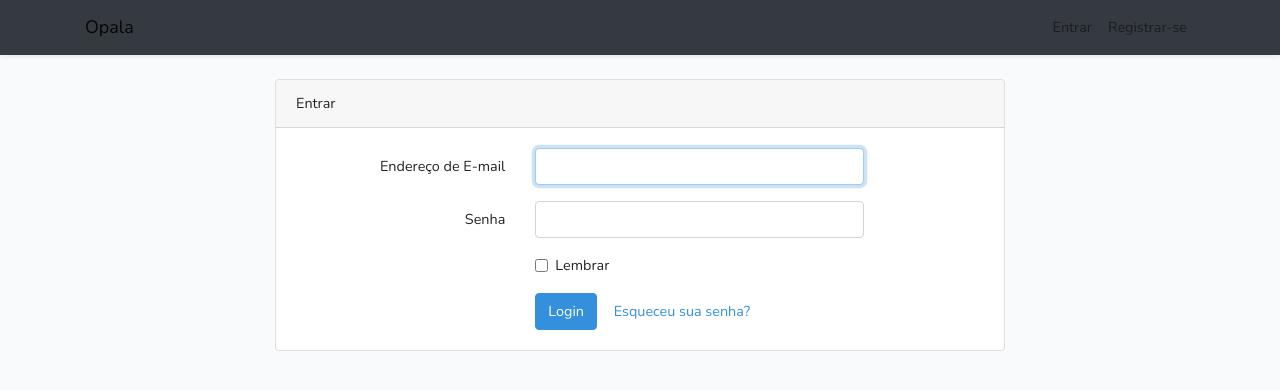
Repository: souzalu/Opala
Page: http://localhost/login
These files come from the project's save history. The page is drawn as it stood at one moment and after the next save; the edit follows.
The browser window is 1280 px wide. The pictures show the whole page.
The page is served by the project's Laravel application, run on PHP 8.4 with Laravel 8. Other server files are loaded and not shown.

Above is the page before, as saved 2020-09-18 21:22:22.

### routes/web.php
<?php

use Illuminate\Support\Facades\Route;
use Illuminate\Support\Facades\Auth;

/*
|--------------------------------------------------------------------------
| Web Routes
|--------------------------------------------------------------------------
|
| Here is where you can register web routes for your application. These
| routes are loaded by the RouteServiceProvider within a group which
| contains the "web" middleware group. Now create something great!
    Route::get('/', function () {
        return view('welcome');
    });
|
*/

// rotas dos produtos
Route::get('admin/produtos/create', 'ProdutoController@create')->name('create');
Route::get('admin/produtos/createCategorias', 'ProdutoController@createCategorias')->name('categorias');
Route::get('/admin/produtos/show', 'ProdutoController@index')->name('index'); //mostra todos os produtos cadastrados
Route::get('/storage/Cimagem/{imagem}', 'ProdutoController@image');
Route::get('/admin/produtos/edit/{id}', 'ProdutoController@edit')->name('edit');
Route::get('/admin/produtos/{id}','ProdutoController@show');
Route::delete('/admin/produtos/{id}', 'ProdutoController@destroy')->name('produtos_destroy');
Route::post('/produto/store','ProdutoController@store')->name('store');//salva os produtos no banco
Route::post('/createCategorias','ProdutoController@storeCategorias')->name('storeCategorias');//salva os produtos no banco
Route::put('/admin/produtos/edit/{id}', 'ProdutoController@update');
Route::get('/admin/index', 'UserController@empresa')->name('empresa');
Route::get('/admin/usershow', 'UserController@show')->name('usershow');




//rotas do site
Route::get('/cadastro', 'UserController@cadastro')->name('cadastro');
Route::get('/pagamento', 'CarrinhoController@pagamento')->name('pagamento');
Route::get('/produto', 'ProdutoController@produto')->name('produto');
Route::get('/produtodetalhe', 'ProdutoController@produtodetalhe')->name('produto_detalhe');




Auth::routes();

Route::get('/home', 'HomeController@index')->name('home');

### app/Http/Controllers/Auth/LoginController.php
<?php

namespace App\Http\Controllers\Auth;

use App\Http\Controllers\Controller;
use App\Providers\RouteServiceProvider;
use Illuminate\Foundation\Auth\AuthenticatesUsers;
use Illuminate\Support\Facades\Auth;
use App\Role;
use App\User;
use Illuminate\Http\Request;
class LoginController extends Controller
{
    /*
    |--------------------------------------------------------------------------
    | Login Controller
    |--------------------------------------------------------------------------
    |
    | This controller handles authenticating users for the application and
    | redirecting them to your home screen. The controller uses a trait
    | to conveniently provide its functionality to your applications.
    |
    */

    use AuthenticatesUsers;

    /**
     * Where to redirect users after login.
     *
     * @var string
     */
    public function redirectTo()
    {
        $user=User::find(Auth::user()->id);
        if($user->hasRole('admin')){
           return '/admin/index';
        }else{
            return '/home';
        }
    }

    public function loggedOut(Request $request)
    {
        return redirect('/home');
    }



    /**
     * Create a new controller instance.
     *
     * @return void
     */
    public function __construct()
    {
        $this->middleware('guest')->except('logout');
    }
}

### resources/views/auth/login.blade.php
@extends('layouts.app')

@section('content')
<div class="container">
    <div class="row justify-content-center">
        <div class="col-md-8">
            <div class="card">
                <div class="card-header">{{ __('Entrar') }}</div>

                <div class="card-body">
                    <form method="POST" action="{{ route('login') }}">
                        @csrf

                        <div class="form-group row">
                            <label for="email" class="col-md-4 col-form-label text-md-right">{{ __('Endereço de E-mail') }}</label>

                            <div class="col-md-6">
                                <input id="email" type="email" class="form-control @error('email') is-invalid @enderror" name="email" value="{{ old('email') }}" required autocomplete="email" autofocus>

                                @error('email')
                                    <span class="invalid-feedback" role="alert">
                                        <strong>{{ $message }}</strong>
                                    </span>
                                @enderror
                            </div>
                        </div>

                        <div class="form-group row">
                            <label for="password" class="col-md-4 col-form-label text-md-right">{{ __('Senha') }}</label>

                            <div class="col-md-6">
                                <input id="password" type="password" class="form-control @error('password') is-invalid @enderror" name="password" required autocomplete="current-password">

                                @error('password')
                                    <span class="invalid-feedback" role="alert">
                                        <strong>{{ $message }}</strong>
                                    </span>
                                @enderror
                            </div>
                        </div>

                        <div class="form-group row">
                            <div class="col-md-6 offset-md-4">
                                <div class="form-check">
                                    <input class="form-check-input" type="checkbox" name="remember" id="remember" {{ old('remember') ? 'checked' : '' }}>

                                    <label class="form-check-label" for="remember">
                                        {{ __('Lembrar') }}
                                    </label>
                                </div>
                            </div>
                        </div>

                        <div class="form-group row mb-0">
                            <div class="col-md-8 offset-md-4">
                                <button type="submit" class="btn btn-primary">
                                    {{ __('Login') }}
                                </button>

                                @if (Route::has('password.request'))
                                    <a class="btn btn-link" href="{{ route('password.request') }}">
                                        {{ __('Esqueceu sua senha?') }}
                                    </a>
                                @endif
                            </div>
                        </div>
                    </form>
                </div>
            </div>
        </div>
    </div>
</div>
@endsection

### resources/views/layouts/app.blade.php
<!doctype html>
<html lang="{{ str_replace('_', '-', app()->getLocale()) }}">
<head>
    <meta charset="utf-8">
    <meta name="viewport" content="width=device-width, initial-scale=1">

    <!-- CSRF Token -->
    <meta name="csrf-token" content="{{ csrf_token() }}">

    <title>Opala</title>

    <!-- Scripts -->
    <script src="{{ asset('js/app.js') }}" defer></script>

    <!-- Fonts -->
    <link rel="dns-prefetch" href="//fonts.gstatic.com">
    <link href="https://fonts.googleapis.com/css?family=Nunito" rel="stylesheet">

    <!-- Styles -->
    <link href="{{ asset('css/app.css') }}" rel="stylesheet">
</head>
<body>
    <div id="app">
        <nav class="navbar navbar-expand-md navbar-light bg-dark shadow-sm">
            <div class="container">
                <a class="navbar-brand" href="{{ url('/') }}">
                    Opala
                </a>
                <button class="navbar-toggler" type="button" data-toggle="collapse" data-target="#navbarSupportedContent" aria-controls="navbarSupportedContent" aria-expanded="false" aria-label="{{ __('Toggle navigation') }}">
                    <span class="navbar-toggler-icon"></span>
                </button>

                <div class="collapse navbar-collapse" id="navbarSupportedContent">
                    <!-- Left Side Of Navbar -->
                    <ul class="navbar-nav mr-auto">

                    </ul>

                    <!-- Right Side Of Navbar -->
                    <ul class="navbar-nav ml-auto">
                        <!-- Authentication Links -->
                        @guest
                            <li class="nav-item">
                                <a class="nav-link" href="{{ route('login') }}">{{ __('Entrar') }}</a>
                            </li>
                            @if (Route::has('register'))
                                <li class="nav-item">
                                    <a class="nav-link" href="{{ route('register') }}">{{ __('Registrar-se') }}</a>
                                </li>
                            @endif
                        @else
                            <li class="nav-item dropdown">
                                <a id="navbarDropdown" class="nav-link dropdown-toggle" href="#" role="button" data-toggle="dropdown" aria-haspopup="true" aria-expanded="false" v-pre>
                                    {{ Auth::user()->name }}
                                </a>

                                <div class="dropdown-menu dropdown-menu-right" aria-labelledby="navbarDropdown">
                                    <a class="dropdown-item" href="{{ route('logout') }}"
                                       onclick="event.preventDefault();
                                                     document.getElementById('logout-form').submit();">
                                        {{ __('Sair') }}
                                    </a>

                                    <form id="logout-form" action="{{ route('logout') }}" method="POST" class="d-none">
                                        @csrf
                                    </form>
                                </div>
                            </li>
                        @endguest
                    </ul>
                </div>
            </div>
        </nav>

        <main class="py-4">
            @yield('content')
        </main>
    </div>
</body>
</html>

Loaded but not shown: app/Http/Controllers/Controller.php (common file); app/Http/Controllers/Auth/ConfirmPasswordController.php (common file); public/css/app.css (library)

After the next save:
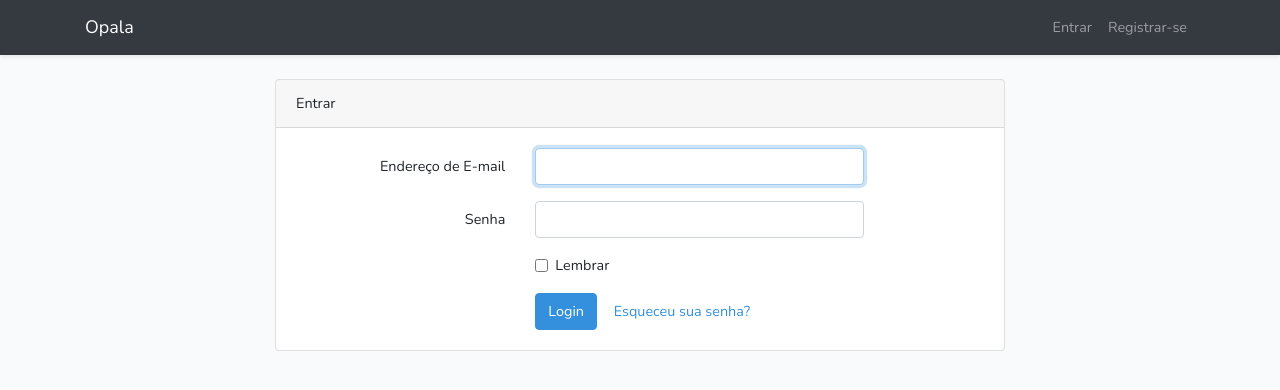
Saved 87 s later.
--- a/resources/views/layouts/app.blade.php
+++ b/resources/views/layouts/app.blade.php
@@ -21,7 +21,7 @@
 </head>
 <body>
     <div id="app">
-        <nav class="navbar navbar-expand-md navbar-light bg-dark shadow-sm">
+        <nav class="navbar navbar-expand-md navbar-dark bg-dark shadow-sm">
             <div class="container">
                 <a class="navbar-brand" href="{{ url('/') }}">
                     Opala
